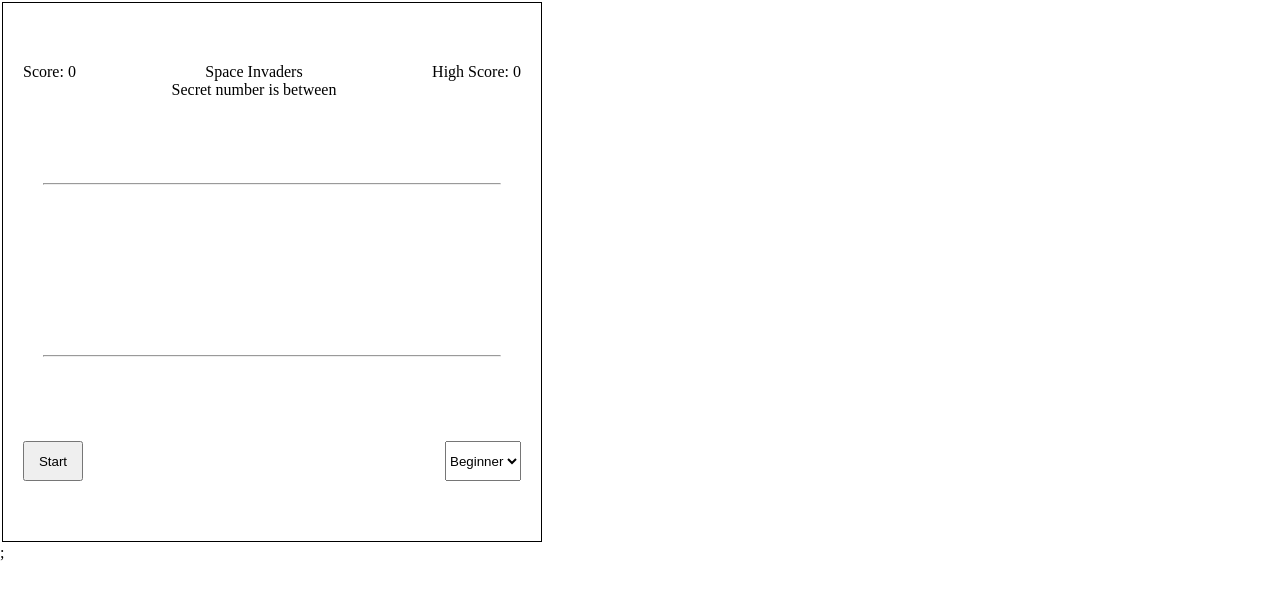
Repository: baziz22/Vanilla_JS_Projects
Page: space invaders/index.html
An editor plug-in stored every save of this project. The page is shown before and after the next save, followed by the edit.
The browser window is 1280 px wide. The pictures show the whole page.

Above is the page before, as saved 2022-02-20 00:55:37.

### space invaders/index.html
<!DOCTYPE html>
<html lang="en">
  <head>
    <meta charset="UTF-8" />
    <meta http-equiv="X-UA-Compatible" content="IE=edge" />
    <meta name="viewport" content="width=device-width, initial-scale=1.0" />
    <link rel="stylesheet" href="style.css" />
    <title>Space Invaders</title>
  </head>
  <body>
    <div id="scene">
      <div id="scene-header">
        <div>Score: <span id="score">0</span></div>
        <div id="scene-messages">
          <div id="game-title">Space Invaders</div>
          <div id="rules">
            Secret number is between <span id="between"></span>
          </div>
        </div>

        <div>High Score: <span id="high-score">0</span></div>
      </div>
      <hr />
      <div id="scene-body">
        <div class="grid"></div>
      </div>
      <hr />
      <div id="scene-footer">
        <button id="start-btn">Start</button>
        <select id="level" title="levels">
          <option value="beginner">Beginner</option>
          <option value="medium">Medium</option>
          <option value="hard">Hard</option>
        </select>
      </div>
    </div>
    ;

    <script src="script.js"></script>
  </body>
</html>

### space invaders/style.css
* {
  padding: 0;
  margin: 0;
  box-sizing: border-box;
}
#scene {
  max-width: 75vh;
  min-height: 75vh;
  padding: 20px;
  margin: 2px;
  border: 1px solid black;
  display: flex;
  flex-direction: column;
  justify-content: space-around;
}
#scene-header {
  display: flex;
  justify-content: space-between;
}
#scene-messages {
  display: flex;
  flex-direction: column;
  justify-items: center;
  text-align: center;
  align-items: center;
}

#scene-body {
  display: flex;
  justify-content: space-between;
}
#scene-footer {
  display: flex;
  justify-content: space-between;
}

#start-btn {
  width: 60px;
  height: 40px;
}

hr {
  margin: 5px 20px;
}

Loaded but not shown: space invaders/script.js (no stored copy; drawn as an empty file)

After the next save:
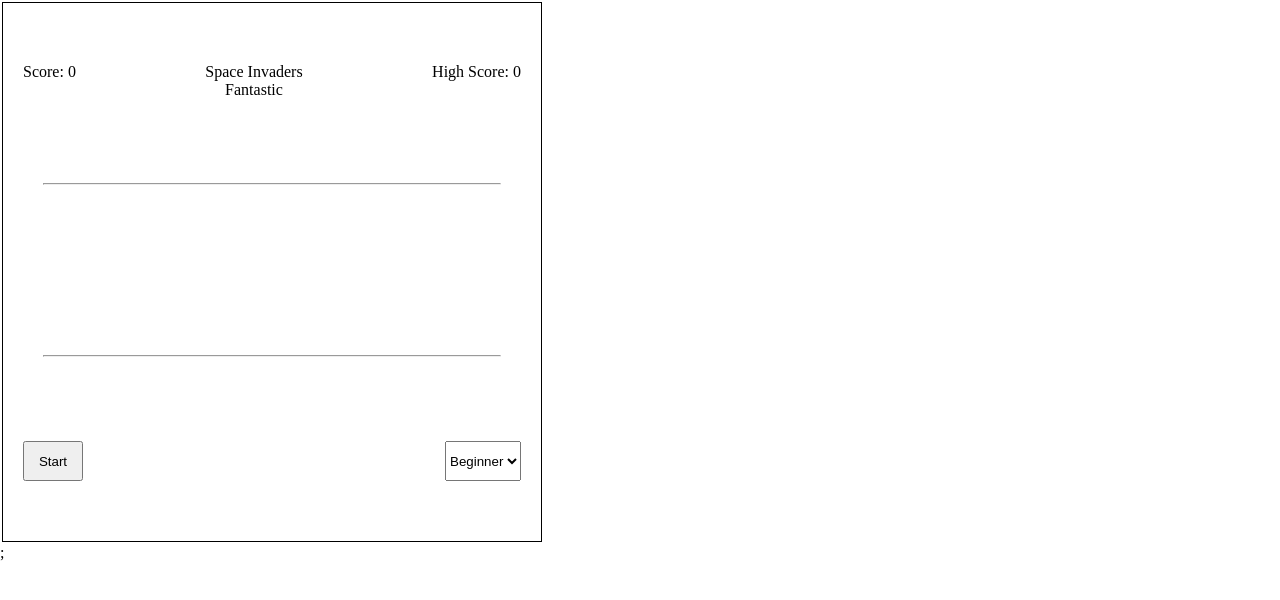
Saved 56 s later.
--- a/space invaders/index.html
+++ b/space invaders/index.html
@@ -13,9 +13,7 @@
         <div>Score: <span id="score">0</span></div>
         <div id="scene-messages">
           <div id="game-title">Space Invaders</div>
-          <div id="rules">
-            Secret number is between <span id="between"></span>
-          </div>
+          <div id="messages">Fantastic</div>
         </div>
 
         <div>High Score: <span id="high-score">0</span></div>
